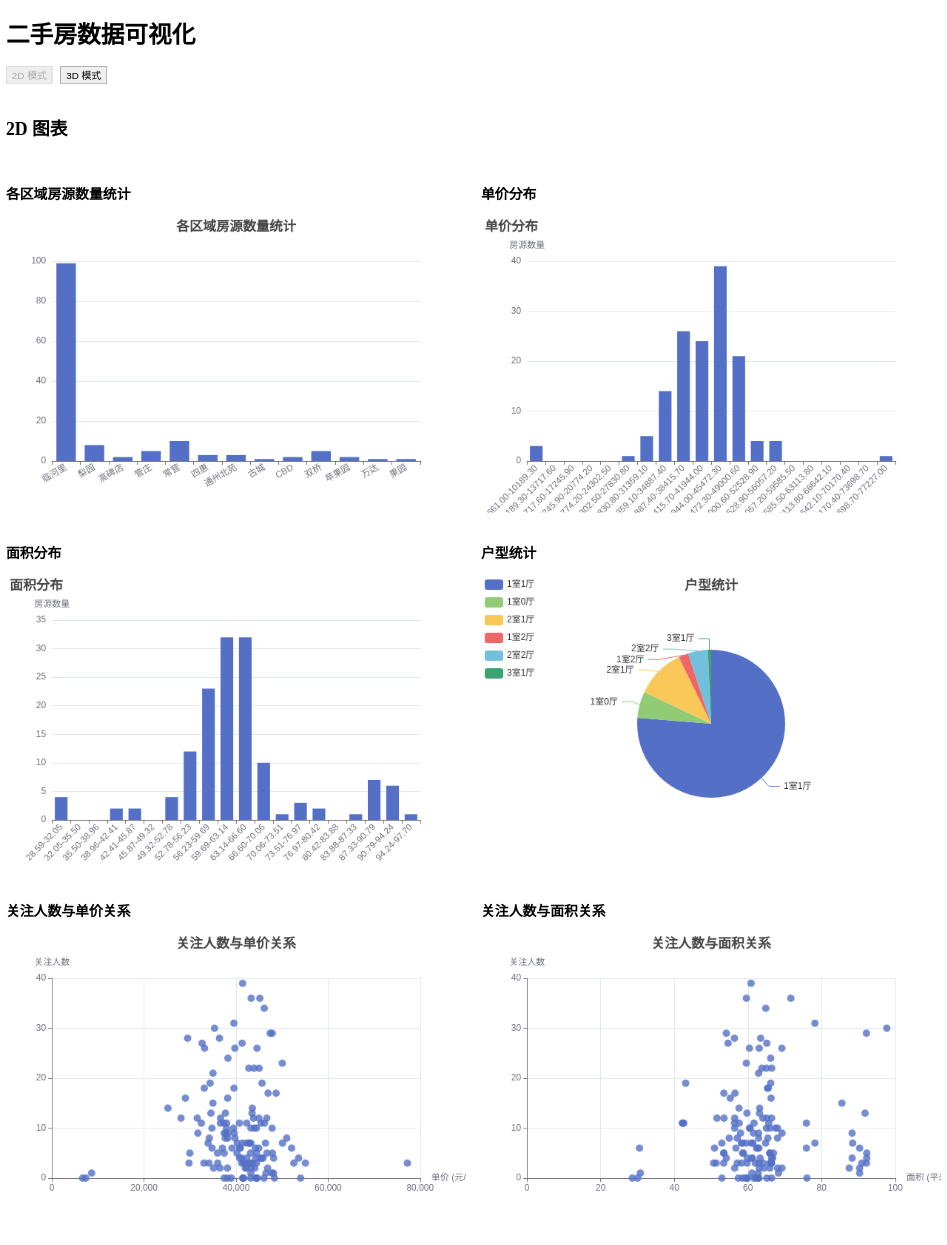
Repository: sakimi-9/DPV-SHP_BeiJing
Page: / (app in py_crawler/rendering/)
The author's editor kept a copy of each file at every save. The page is drawn from the files as they stood at one save, then again after the next save.
The browser window is 1280 px wide. The pictures show the whole page, at 74% of full size.
The project was rebuilt for these pictures with package versions that can differ from the ones it lists, and the page was loaded fresh each time. Also part of the build but not shown: py_crawler/rendering/vite.config.ts, py_crawler/rendering/src/components/ThreeDVisualization.vue.

Above is the page before, as saved 2025-05-22 14:46:20.

### py_crawler/rendering/index.html
<!DOCTYPE html>
<html lang="en">

<head>
    <meta charset="UTF-8">
    <link rel="icon" href="/favicon.ico">
    <meta name="viewport" content="width=device-width, initial-scale=1.0">
    <title>二手房数据可视化</title>
</head>

<body>
    <div id="app"></div>
    <script type="module" src="/src/main.ts"></script>
</body>

</html>

### py_crawler/rendering/src/App.vue
<template>
  <div>
    <h1>二手房数据可视化</h1>

    <!-- 模式切换 UI -->
    <div>
      <button @click="currentMode = '2D'" :disabled="currentMode === '2D'">2D 模式</button>
      <button @click="currentMode = '3D'" :disabled="currentMode === '3D'">3D 模式</button>
    </div>

    <!-- 2D 图表区域 -->
    <TwoDCharts v-if="currentMode === '2D'" :house-data="houseData" />

    <!-- 3D 图表区域 -->
    <ThreeDVisualization v-if="currentMode === '3D'" :house-data="houseData" />
  </div>
</template>

<script setup lang="ts">
import { ref, onMounted } from 'vue';
// 移除 ECharts 导入
// 移除 Three.js 导入

// 导入新组件
import TwoDCharts from './components/TwoDCharts.vue';
import ThreeDVisualization from './components/ThreeDVisualization.vue';

// 定义解析后的房源数据接口 (保留接口定义)
interface ParsedHouse {
  房源标题: string;
  室: number | null;
  厅: number | null;
  面积: number | null; // 平米
  朝向: string | null;
  装修: string | null;
  楼层信息: string | null; // 例如 "中楼层"
  总楼层: number | null;
  建筑年份: number | null; // 例如 2012
  建筑类型: string | null; // 例如 "板塔结合"
  小区名称: string | null;
  所在区域: string | null; // 例如 "临河里"
  单价: number | null; // 元/平
  关注人数: number | null;
  发布时间: string | null; // 例如 "2个月以前发布"
  标签: string[];
}

// 数据解析函数 (保留)
function parseHouseData(rawData: any[]): ParsedHouse[] {
  const parsedData: ParsedHouse[] = [];

  rawData.forEach(item => {
    const parsedItem: ParsedHouse = {
      房源标题: item['房源'] || '',
      室: null,
      厅: null,
      面积: null,
      朝向: null,
      装修: null,
      楼层信息: null,
      总楼层: null,
      建筑年份: null,
      建筑类型: null,
      小区名称: null,
      所在区域: null,
      单价: null,
      关注人数: null,
      发布时间: item['关注人数和发布时间'] ? item['关注人数和发布时间'].split(' / ')[1]?.trim() || null : null,
      标签: item['标签'] ? item['标签'].split(' ').filter((tag: string) => tag.trim() !== '') : [],
    };

    const houseInfoParts = item['房子信息'] ? item['房子信息'].split(' | ').map((part: string) => part.trim()) : [];
    houseInfoParts.forEach((part: string) => {
      if (part.includes('室') && part.includes('厅')) {
        const match = part.match(/(\d+)室(\d+)厅/);
        if (match) {
          parsedItem.室 = parseInt(match[1], 10);
          parsedItem.厅 = parseInt(match[2], 10);
        }
      } else if (part.includes('平米')) {
        const match = part.match(/([\d\.]+)平米/);
        if (match) {
          parsedItem.面积 = parseFloat(match[1]);
        }
      } else if (part.includes('层') && part.includes('共')) {
        const match = part.match(/(.+)\(共(\d+)层\)/);
        if (match) {
          parsedItem.楼层信息 = match[1].trim();
          parsedItem.总楼层 = parseInt(match[2], 10);
        } else {
          const totalFloorsMatch = part.match(/(\d+)层/);
          if (totalFloorsMatch) {
            parsedItem.总楼层 = parseInt(totalFloorsMatch[1], 10);
          }
        }
      } else if (part.match(/\d{4}年/)) {
        parsedItem.建筑年份 = parseInt(part, 10);
      } else if (part === '板楼' || part === '塔楼' || part === '板塔结合') {
        parsedItem.建筑类型 = part;
      } else if (['东', '南', '西', '北', '东南', '东北', '西南', '西北'].some(dir => part.includes(dir))) {
        parsedItem.朝向 = part;
      } else if (['毛坯', '简装', '精装', '其他'].some(dec => part.includes(dec))) {
        parsedItem.装修 = part;
      }
    });

    const areaParts = item['所在区域'] ? item['所在区域'].split('  ').map((part: string) => part.trim()) : [];
    if (areaParts.length > 0) {
      parsedItem.小区名称 = areaParts[0];
      if (areaParts.length > 1) {
        parsedItem.所在区域 = areaParts[1];
      }
    }

    const priceMatch = item['单价'] ? item['单价'].replace(',', '').match(/([\d\.]+)元\/平/) : null;
    if (priceMatch) {
      parsedItem.单价 = parseFloat(priceMatch[1]);
    }

    const followTimeParts = item['关注人数和发布时间'] ? item['关注人数和发布时间'].split(' / ').map((part: string) => part.trim()) : [];
    if (followTimeParts.length > 0) {
      const followMatch = followTimeParts[0].match(/(\d+)人关注/);
      if (followMatch) {
        parsedItem.关注人数 = parseInt(followMatch[1], 10);
      }
    }

    parsedData.push(parsedItem);
  });

  return parsedData;
}

// Define a ref to store the parsed data
const houseData = ref<ParsedHouse[] | null>(null);

// 定义当前模式状态
const currentMode = ref<'2D' | '3D'>('2D');

// 数据加载逻辑 (保留)
onMounted(async () => {
  try {
    const response = await fetch('/house_data.json');
    if (!response.ok) {
      throw new Error(`HTTP error! status: ${response.status}`);
    }
    const rawHouseData = await response.json();
    houseData.value = parseHouseData(rawHouseData);

    console.log('解析后的数据并存储:', houseData.value);

  } catch (error) {
    console.error('Error loading or processing data:', error);
  }
});

// 显式导出响应式变量 (可能有助于类型检查)
// export { houseData, currentMode };

</script>

<style scoped>
/* 只保留 App.vue 自己的样式 */
div {
  margin-bottom: 20px;
}

button {
  margin-right: 10px;
}

/* 移除迁移到 TwoDCharts.vue 的样式 */
</style>

### py_crawler/rendering/src/components/TwoDCharts.vue
<template>
    <div class="charts-2d-container">
        <h2>2D 图表</h2>

        <!-- 各区域房源数量统计 和 单价分布直方图 -->
        <div class="chart-row">
            <div class="chart-item">
                <h3>各区域房源数量统计</h3>
                <div ref="areaChartContainer" style="width: 100%; height: 400px;"></div>
            </div>
            <div class="chart-item">
                <h3>单价分布</h3>
                <div ref="priceHistContainer" style="width: 100%; height: 400px;"></div>
            </div>
        </div>

        <!-- 面积分布直方图 和 户型统计 -->
        <div class="chart-row">
            <div class="chart-item">
                <h3>面积分布</h3>
                <div ref="areaHistContainer" style="width: 100%; height: 400px;"></div>
            </div>
            <div class="chart-item">
                <h3>户型统计</h3>
                <div ref="unitTypeChartContainer" style="width: 100%; height: 400px;"></div>
            </div>
        </div>

        <!-- 关注人数与单价散点图 和 关注人数与面积散点图 -->
        <div class="chart-row">
            <div class="chart-item">
                <h3>关注人数与单价关系</h3>
                <div ref="followPriceScatterContainer" style="width: 100%; height: 400px;"></div>
            </div>
            <div class="chart-item">
                <h3>关注人数与面积关系</h3>
                <div ref="followAreaScatterContainer" style="width: 100%; height: 400px;"></div>
            </div>
        </div>

    </div>
</template>

<script setup lang="ts">
import { ref, onMounted, watch } from 'vue';
import * as echarts from 'echarts/core';
// Import the necessary components and charts
import { BarChart, PieChart, ScatterChart } from 'echarts/charts';
import { GridComponent, TooltipComponent, LegendComponent, TitleComponent } from 'echarts/components';
import { CanvasRenderer } from 'echarts/renderers';

echarts.use([
    BarChart,
    PieChart,
    ScatterChart,
    GridComponent,
    TooltipComponent,
    LegendComponent,
    TitleComponent,
    CanvasRenderer,
]);

// 定义解析后的房源数据接口
interface ParsedHouse {
    房源标题: string;
    室: number | null;
    厅: number | null;
    面积: number | null; // 平米
    朝向: string | null;
    装修: string | null;
    楼层信息: string | null; // 例如 "中楼层"
    总楼层: number | null;
    建筑年份: number | null; // 例如 2012
    建筑类型: string | null; // 例如 "板塔结合"
    小区名称: string | null;
    所在区域: string | null; // 例如 "临河里"
    单价: number | null; // 元/平
    关注人数: number | null;
    发布时间: string | null; // 例如 "2个月以前发布"
    标签: string[];
}

// 定义接收的 props
const props = defineProps<{ houseData: ParsedHouse[] | null }>();

// 定义图表容器的引用
const areaChartContainer = ref<HTMLElement | null>(null);
const priceHistContainer = ref<HTMLElement | null>(null);
const areaHistContainer = ref<HTMLElement | null>(null);
const unitTypeChartContainer = ref<HTMLElement | null>(null);
const followPriceScatterContainer = ref<HTMLElement | null>(null);
const followAreaScatterContainer = ref<HTMLElement | null>(null);

// 绘制各区域房源数量统计图
function renderAreaChart(chartElement: HTMLElement, data: ParsedHouse[]) {
    const areaCounts: { [key: string]: number } = {};
    data.forEach((item: ParsedHouse) => {
        if (item.所在区域) {
            areaCounts[item.所在区域] = (areaCounts[item.所在区域] || 0) + 1;
        }
    });

    const areas = Object.keys(areaCounts);
    const counts = Object.values(areaCounts);

    const myChart = echarts.init(chartElement);
    const option = {
        title: {
            text: '各区域房源数量统计',
            left: 'center'
        },
        tooltip: {},
        xAxis: {
            type: 'category',
            data: areas,
            axisLabel: { // 旋转 x 轴标签，避免重叠
                interval: 0,
                rotate: 30,
                overflow: 'breakAll',
                ellipsis: '...'
            }
        },
        yAxis: {
            type: 'value'
        },
        series: [
            {
                name: '房源数量',
                type: 'bar',
                data: counts
            }
        ]
    };
    myChart.setOption(option);
}

// Function to draw the unit price distribution histogram
const drawUnitPriceDistributionChart = (chartElement: HTMLElement, parsedData: ParsedHouse[]) => {
    const prices = parsedData
        .map(house => house.单价)
        .filter((price): price is number => price !== null && !isNaN(price)); // Filter out null/NaN values

    if (prices.length === 0) {
        console.warn("No valid price data to draw histogram.");
        echarts.dispose(chartElement);
        chartElement.innerHTML = '<p>暂无单价分布数据</p>';
        return;
    }

    const numBins = 20;
    const minPrice = Math.min(...prices);
    const maxPrice = Math.max(...prices);
    const binRange = (maxPrice - minPrice) / numBins;

    const bins: { interval: [number, number], count: number }[] = [];
    for (let i = 0; i < numBins; i++) {
        bins.push({ interval: [minPrice + i * binRange, minPrice + (i + 1) * binRange], count: 0 });
    }

    if (maxPrice > bins[numBins - 1].interval[1]) {
        bins[numBins - 1].interval[1] = maxPrice;
    }


    prices.forEach(price => {
        for (let i = 0; i < numBins; i++) {
            if (price >= bins[i].interval[0] && (price < bins[i].interval[1] || (i === numBins - 1 && price <= bins[i].interval[1]))) {
                bins[i].count++;
                break;
            }
        }
    });

    const chart = echarts.init(chartElement);
    const options = {
        title: { text: '单价分布' },
        tooltip: {
            formatter: function (params: any) {
                const bin = bins.find(b => `${b.interval[0].toFixed(2)}-${b.interval[1].toFixed(2)}` === params.name);
                if (bin) {
                    return `单价范围: ${bin.interval[0].toFixed(2)}-${bin.interval[1].toFixed(2)}<br/>房源数量: ${bin.count}`;
                }
                return params.name + '<br/>' + params.seriesName + ': ' + params.value;
            }
        },
        xAxis: {
            type: 'category',
            data: bins.map(bin => `${bin.interval[0].toFixed(2)}-${bin.interval[1].toFixed(2)}`),
            axisLabel: {
                interval: 0,
                rotate: 45,
                overflow: 'breakAll',
                ellipsis: '...'
            }
        },
        yAxis: { type: 'value', name: '房源数量' },
        series: [{
            name: '房源数量',
            data: bins.map(bin => bin.count),
            type: 'bar'
        }]
    };
    chart.setOption(options);
};

// Function to draw the size distribution histogram
const drawSizeDistributionChart = (chartElement: HTMLElement, parsedData: ParsedHouse[]) => {
    const sizes = parsedData
        .map(house => house.面积)
        .filter((size): size is number => size !== null && !isNaN(size)); // Filter out null/NaN values

    if (sizes.length === 0) {
        console.warn("No valid size data to draw histogram.");
        echarts.dispose(chartElement);
        chartElement.innerHTML = '<p>暂无面积分布数据</p>';
        return;
    }

    const numBins = 20;
    const minSize = Math.min(...sizes);
    const maxSize = Math.max(...sizes);
    const binRange = (maxSize - minSize) / numBins;

    const bins: { interval: [number, number], count: number }[] = [];
    for (let i = 0; i < numBins; i++) {
        bins.push({ interval: [minSize + i * binRange, minSize + (i + 1) * binRange], count: 0 });
    }

    if (maxSize > bins[numBins - 1].interval[1]) {
        bins[numBins - 1].interval[1] = maxSize;
    }


    sizes.forEach(size => {
        for (let i = 0; i < numBins; i++) {
            if (size >= bins[i].interval[0] && (size < bins[i].interval[1] || (i === numBins - 1 && size <= bins[i].interval[1]))) {
                bins[i].count++;
                break;
            }
        }
    });


    const chart = echarts.init(chartElement);
    const options = {
        title: { text: '面积分布' },
        tooltip: {
            formatter: function (params: any) {
                const bin = bins.find(b => `${b.interval[0].toFixed(2)}-${b.interval[1].toFixed(2)}` === params.name);
                if (bin) {
                    return `面积范围: ${bin.interval[0].toFixed(2)}-${bin.interval[1].toFixed(2)}<br/>房源数量: ${bin.count}`;
                }
                return params.name + '<br/>' + params.seriesName + ': ' + params.value;
            }
        },
        xAxis: {
            type: 'category',
            data: bins.map(bin => `${bin.interval[0].toFixed(2)}-${bin.interval[1].toFixed(2)}`),
            axisLabel: {
                interval: 0,
                rotate: 45,
                overflow: 'breakAll',
                ellipsis: '...'
            }
        },
        yAxis: { type: 'value', name: '房源数量' },
        series: [{
            name: '房源数量',
            data: bins.map(bin => bin.count),
            type: 'bar'
        }]
    };
    chart.setOption(options);
};

// 绘制户型统计图 (饼图示例)
function renderUnitTypeChart(chartElement: HTMLElement, data: ParsedHouse[]) {
    const unitTypeCounts: { [key: string]: number } = {};
    data.forEach((item: ParsedHouse) => {
        if (item.室 !== null && item.厅 !== null) {
            const unitType = `${item.室}室${item.厅}厅`;
            unitTypeCounts[unitType] = (unitTypeCounts[unitType] || 0) + 1;
        } else if (item.室 !== null) { // 只有室的情况
            const unitType = `${item.室}室`;
            unitTypeCounts[unitType] = (unitTypeCounts[unitType] || 0) + 1;
        } else if (item.厅 !== null) { // 只有厅的情况
            const unitType = `${item.厅}厅`;
            unitTypeCounts[unitType] = (unitTypeCounts[unitType] || 0) + 1;
        }
    });

    const chartData = Object.keys(unitTypeCounts).map(type => ({
        name: type,
        value: unitTypeCounts[type]
    }));

    const myChart = echarts.init(chartElement);
    const option = {
        title: {
            text: '户型统计',
            left: 'center'
        },
        tooltip: {
            trigger: 'item'
        },
        legend: {
            orient: 'vertical',
            left: 'left'
        },
        series: [
            {
                name: '户型',
                type: 'pie',
                radius: '50%',
                data: chartData,
                emphasis: {
                    itemStyle: {
                        shadowBlur: 10,
                        shadowOffsetX: 0,
                        shadowColor: 'rgba(0, 0, 0, 0.5)'
                    }
                }
            }
        ]
    };
    myChart.setOption(option);
}

// 绘制关注人数与单价散点图
function renderFollowPriceScatter(chartElement: HTMLElement, data: ParsedHouse[]) {
    const scatterData = data
        .filter(item => item.关注人数 !== null && item.单价 !== null)
        .map(item => [item.单价, item.关注人数]); // [x: 单价, y: 关注人数]

    const myChart = echarts.init(chartElement);
    const option = {
        title: {
            text: '关注人数与单价关系',
            left: 'center'
        },
        tooltip: {
            trigger: 'axis',
            axisPointer: {
                type: 'shadow'
            },
            formatter: function (params: any) {
                const item = params[0];
                const originalItem = data.find(d => d.单价 === item.value[0] && d.关注人数 === item.value[1]);
                if (originalItem) {
                    return `房源: ${originalItem.房源标题}<br/>单价: ${item.value[0]} 元/平<br/>关注人数: ${item.value[1]} 人`;
                } else {
                    return `单价: ${item.value[0]} 元/平<br/>关注人数: ${item.value[1]} 人`;
                }
            }
        },
        xAxis: {
            type: 'value',
            name: '单价 (元/平)',
            axisLabel: {
                formatter: '{value}'
            }
        },
        yAxis: {
            type: 'value',
            name: '关注人数',
            axisLabel: {
                formatter: '{value}'
            }
        },
        series: [
            {
                name: '房源',
                type: 'scatter',
                data: scatterData
            }
        ]
    };
    myChart.setOption(option);
}

// 绘制关注人数与面积散点图
function renderFollowAreaScatter(chartElement: HTMLElement, data: ParsedHouse[]) {
    const scatterData = data
        .filter(item => item.关注人数 !== null && item.面积 !== null)
        .map(item => [item.面积, item.关注人数]); // [x: 面积, y: 关注人数]

    const myChart = echarts.init(chartElement);
    const option = {
        title: {
            text: '关注人数与面积关系',
            left: 'center'
        },
        tooltip: {
            trigger: 'axis',
            axisPointer: {
                type: 'shadow'
            },
            formatter: function (params: any) {
                const item = params[0];
                const originalItem = data.find(d => d.面积 === item.value[0] && d.关注人数 === item.value[1]);
                if (originalItem) {
                    return `房源: ${originalItem.房源标题}<br/>面积: ${item.value[0]} 平米<br/>关注人数: ${item.value[1]} 人`;
                } else {
                    return `面积: ${item.value[0]} 平米<br/>关注人数: ${item.value[1]} 人`;
                }
            }
        },
        xAxis: {
            type: 'value',
            name: '面积 (平米)',
            axisLabel: {
                formatter: '{value}'
            }
        },
        yAxis: {
            type: 'value',
            name: '关注人数',
            axisLabel: {
                formatter: '{value}'
            }
        },
        series: [
            {
                name: '房源',
                type: 'scatter',
                data: scatterData
            }
        ]
    };
    myChart.setOption(option);
}

// Watch for changes in the houseData prop and redraw charts
watch(() => props.houseData, (newData) => {
    if (newData) {
        // Need to wait for the DOM elements to be available
        if (areaChartContainer.value) renderAreaChart(areaChartContainer.value as HTMLElement, newData);
        if (priceHistContainer.value) drawUnitPriceDistributionChart(priceHistContainer.value as HTMLElement, newData);
        if (areaHistContainer.value) drawSizeDistributionChart(areaHistContainer.value as HTMLElement, newData);
        if (unitTypeChartContainer.value) renderUnitTypeChart(unitTypeChartContainer.value as HTMLElement, newData);
        if (followPriceScatterContainer.value) renderFollowPriceScatter(followPriceScatterContainer.value as HTMLElement, newData);
        if (followAreaScatterContainer.value) renderFollowAreaScatter(followAreaScatterContainer.value as HTMLElement, newData);
    }
}, { immediate: true }); // Use immediate: true to draw charts on initial data load

</script>

<style scoped>
.charts-2d-container {
    display: flex;
    flex-direction: column;
    gap: 20px;
}

.chart-row {
    display: flex;
    gap: 20px;
}

.chart-item {
    flex: 1;
    min-width: 0;
}

.chart-item>div {
    width: 100%;
}
</style>

Loaded but not shown: py_crawler/rendering/src/main.ts (common file); py_crawler/rendering/public/house_data.json (1138 lines, source omitted); py_crawler/rendering/public/area_coordinates.json (298 lines, source omitted)

After the next save:
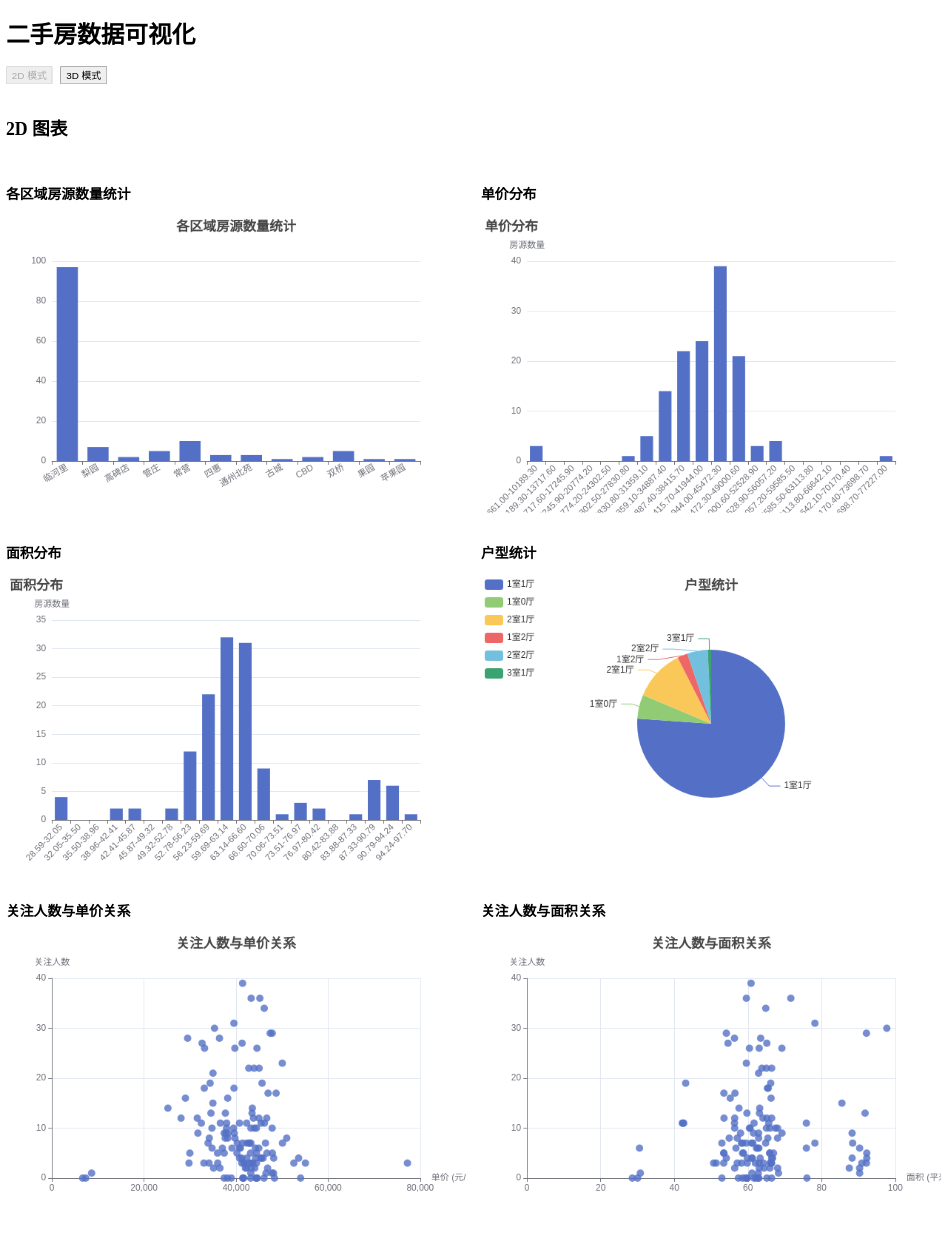
Saved 39 s later.
--- a/py_crawler/rendering/src/App.vue
+++ b/py_crawler/rendering/src/App.vue
@@ -18,14 +18,12 @@
 
 <script setup lang="ts">
 import { ref, onMounted } from 'vue';
-// 移除 ECharts 导入
-// 移除 Three.js 导入
 
 // 导入新组件
 import TwoDCharts from './components/TwoDCharts.vue';
 import ThreeDVisualization from './components/ThreeDVisualization.vue';
 
-// 定义解析后的房源数据接口 (保留接口定义)
+// 定义解析后的房源数据接口 (保留接口定义，添加经纬度)
 interface ParsedHouse {
   房源标题: string;
   室: number | null;
@@ -43,9 +41,36 @@ interface ParsedHouse {
   关注人数: number | null;
   发布时间: string | null; // 例如 "2个月以前发布"
   标签: string[];
-}
-
-// 数据解析函数 (保留)
+  // 添加经纬度信息
+  location?: { lng: number; lat: number };
+}
+
+// 定义一个 Map 来存储区域名称到经纬度的映射
+const areaCoordinatesMap = new Map<string, { lng: number; lat: number }>();
+
+// 加载经纬度数据并构建 Map
+async function loadAreaCoordinates() {
+  try {
+    const response = await fetch('/area_coordinates.json');
+    if (!response.ok) {
+      throw new Error(`HTTP error! status: ${response.status}`);
+    }
+    const coordinatesData = await response.json();
+    // 假设 coordinatesData 是一个数组，每个元素有 name, region, location
+    coordinatesData.forEach((item: any) => {
+      if (item.name && item.region && item.location) {
+        // 使用 小区名称 所在区域 作为 key
+        const key = `${item.name}  ${item.region}`;
+        areaCoordinatesMap.set(key, item.location);
+      }
+    });
+    console.log('经纬度数据加载并存储到 Map:', areaCoordinatesMap);
+  } catch (error) {
+    console.error('Error loading area coordinates data:', error);
+  }
+}
+
+// 数据解析函数 (修改：查找并添加经纬度)
 function parseHouseData(rawData: any[]): ParsedHouse[] {
   const parsedData: ParsedHouse[] = [];
 
@@ -67,6 +92,7 @@ function parseHouseData(rawData: any[]): ParsedHouse[] {
       关注人数: null,
       发布时间: item['关注人数和发布时间'] ? item['关注人数和发布时间'].split(' / ')[1]?.trim() || null : null,
       标签: item['标签'] ? item['标签'].split(' ').filter((tag: string) => tag.trim() !== '') : [],
+      location: undefined, // 初始化 location 为 undefined
     };
 
     const houseInfoParts = item['房子信息'] ? item['房子信息'].split(' | ').map((part: string) => part.trim()) : [];
@@ -109,6 +135,13 @@ function parseHouseData(rawData: any[]): ParsedHouse[] {
       parsedItem.小区名称 = areaParts[0];
       if (areaParts.length > 1) {
         parsedItem.所在区域 = areaParts[1];
+        // 使用 小区名称 所在区域 作为 key 查找经纬度
+        const locationKey = `${parsedItem.小区名称}  ${parsedItem.所在区域}`;
+        if (areaCoordinatesMap.has(locationKey)) {
+          parsedItem.location = areaCoordinatesMap.get(locationKey);
+        } else {
+          console.warn(`找不到区域 ${locationKey} 的经纬度`);
+        }
       }
     }
 
@@ -128,7 +161,7 @@ function parseHouseData(rawData: any[]): ParsedHouse[] {
     parsedData.push(parsedItem);
   });
 
-  return parsedData;
+  return parsedData.filter(item => item.location); // 过滤掉没有经纬度的房源
 }
 
 // Define a ref to store the parsed data
@@ -137,14 +170,16 @@ const houseData = ref<ParsedHouse[] | null>(null);
 // 定义当前模式状态
 const currentMode = ref<'2D' | '3D'>('2D');
 
-// 数据加载逻辑 (保留)
+// 数据加载逻辑 (修改：先加载经纬度，再加载房源数据)
 onMounted(async () => {
+  await loadAreaCoordinates(); // 先加载经纬度数据
   try {
     const response = await fetch('/house_data.json');
     if (!response.ok) {
       throw new Error(`HTTP error! status: ${response.status}`);
     }
     const rawHouseData = await response.json();
+    // 解析房源数据时传入经纬度 Map
     houseData.value = parseHouseData(rawHouseData);
 
     console.log('解析后的数据并存储:', houseData.value);
